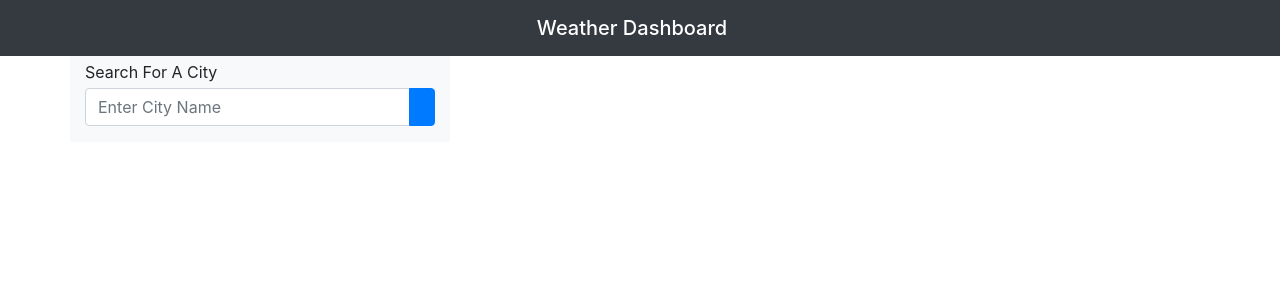
Repository: Llenrocc/Weather_API
Page: index.html
The author's editor kept a copy of each file at every save. The page is drawn from the files as they stood at one save, then again after the next save.
The browser window is 1280 px wide. The pictures show the whole page.
Some web fonts or font styles are not loaded; a fallback is used.

Above is the page before, as saved 2020-07-17 23:24:19.
Console error: SyntaxError: Unexpected identifier 'name'

After the next save:
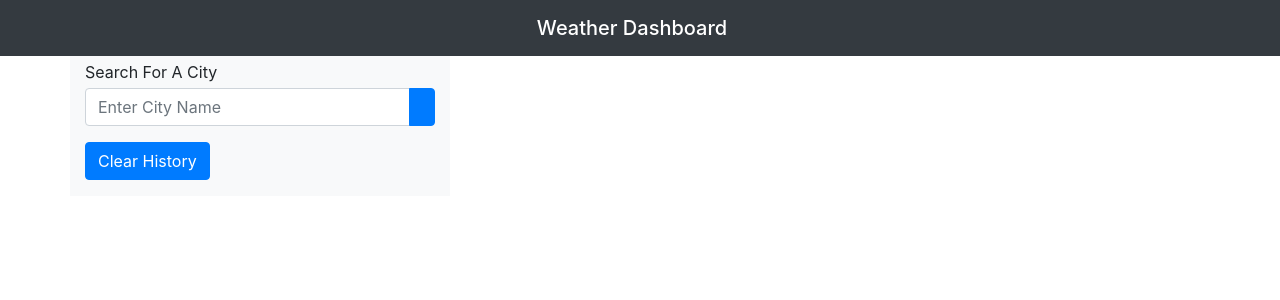
Saved 58 s later.
--- a/index.html
+++ b/index.html
@@ -27,6 +27,9 @@
                         </button>
                     </div>
                 </div>
+
+                <button class = "btn btn-primary mb-3" type = "button" id = "clear-history">Clear History</button>
+                <form id = "history"></form>
             </div>
         </div>
     </div>
